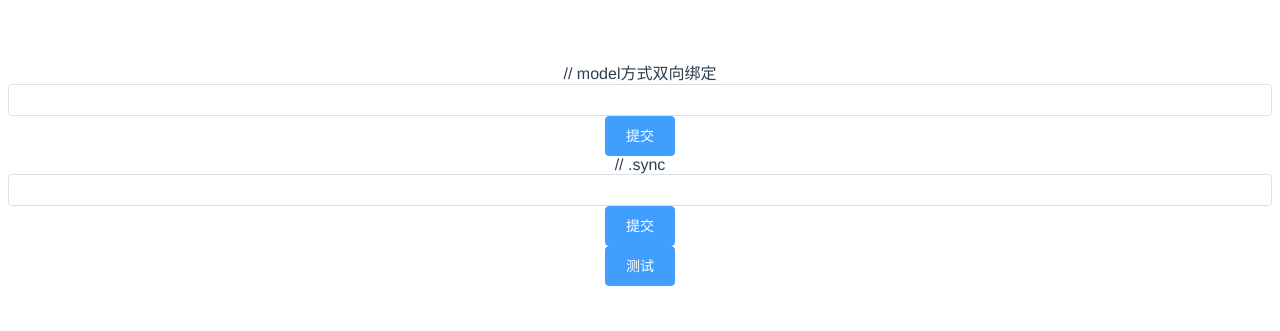
Repository: liuzhilin-lzl/vue-project
Page: /
The author's editor kept a copy of each file at every save. The page is drawn from the files as they stood at one save, then again after the next save.
The browser window is 1280 px wide. The pictures show the whole page.
The project was rebuilt for these pictures with package versions that can differ from the ones it lists, and the page was loaded fresh each time.

Above is the page before, as saved 2021-11-20 21:42:22.

### src/main.js
/*
 * @Author: your name
 * @Date: 2021-10-17 12:42:10
 * @LastEditTime: 2021-11-08 17:29:31
 * @LastEditors: Please set LastEditors
 * @Description: In User Settings Edit
 * @FilePath: /vue-project/src/main.js
 */
import Vue from 'vue'
import App from './App.vue'
// import Antd from 'ant-design-vue';
import ElementUI from 'element-ui';
import 'element-ui/lib/theme-chalk/index.css';
// import 'ant-design-vue/dist/antd.css';
import "tailwindcss/tailwind.css"


Vue.config.productionTip = false;

// Vue.use(Antd);
Vue.use(ElementUI);

Vue.config.productionTip = false

new Vue({
	render: h => h(App),
}).$mount('#app')

### src/App.vue
<template>
  <div id="app">
    <Preview/>
  </div>
</template>
<script>
import Preview from '@/view/Preview'


export default {
  name: 'App',
  components: {
    Preview
  }
}
</script>

<style>
#app {
  font-family: Avenir, Helvetica, Arial, sans-serif;
  -webkit-font-smoothing: antialiased;
  -moz-osx-font-smoothing: grayscale;
  text-align: center;
  color: #2c3e50;
  margin-top: 60px;
}
</style>

### src/view/Preview.vue
<!--
 * @Author: your name
 * @Date: 2021-10-28 11:16:55
 * @LastEditTime: 2021-11-20 21:41:53
 * @LastEditors: Please set LastEditors
 * @Description: In User Settings Edit
 * @FilePath: /vue-project/src/view/Preview.vue
-->
<template>
	<div>
		<!-- <h1>通过npm npm i -s area-data</h1> -->
		<!-- <al-cascader v-model="resArr" level="3" data-type="all" size="large" @input="selectArea" />
		<h1>通过 json</h1>
		<Cascader @change="selectArea1" :default-value="defaultArea" />
		<Cascader2 @change="selectArea1" :default-value="defaultArea" />
		<el-button @click="dialogVisible = true">测试</el-button>
		<el-dialog title="提示" :visible.sync="dialogVisible" width="30%">
			<TinymceModal class="component"></TinymceModal>
		</el-dialog> -->
		<!-- <TinymceModal class="component"></TinymceModal> -->
		<!-- <CheckBoxModal v-model="checkValue"></CheckBoxModal> -->
		// model方式双向绑定
		<inputModal :changeValue.sync='text' ></inputModal>
		// .sync
		<inputModal :changeValue.sync='text' ></inputModal>
		<el-button type="primary" @click="onClick">测试</el-button>
	</div>
</template>
<script>
// import AlCascader from '../components/Cascader.vue';
// import Cascader from '@/components/cascader/Cascader.vue';
// import Cascader2 from '@/components/cascader/ant-design-vue';
// import TinymceModal from '@/components/tinymceModal/TinymceModal';
// import CheckBoxModal from '@/components/selectModal/checkBoxModal';
import inputModal from '@/components/selectModal/InputModal';

export default {
	name: 'App',
	components: {
		// AlCascader,
		// Cascader,
		// Cascader2,
		// TinymceModal,
		// CheckBoxModal,
		inputModal
	},
	data() {
		return {
			resArr: [],
			defaultArea: '',
			dialogVisible: false,
			checkValue: '',
			text: ''
		};
	},
	methods: {
		selectArea() {
			console.log(this.resArr);
		},
		selectArea1(selectedArea) {
			console.log(selectedArea);
		},
		onClick() {
			console.log(this.text);
		}
	},
};
</script>

<style>
#app {
	text-align: center;
	font-size: 16px;
}
</style>

### src/components/selectModal/InputModal.vue
<!--
 * @Author: your name
 * @Date: 2021-11-20 20:09:35
 * @LastEditTime: 2021-11-20 21:39:52
 * @LastEditors: Please set LastEditors
 * @Description: 打开koroFileHeader查看配置 进行设置: https://github.com/OBKoro1/koro1FileHeader/wiki/%E9%85%8D%E7%BD%AE
 * @FilePath: /vue-project/src/components/selectModal/InputModal.vue
-->

<template>
  <div>
    <el-input size="small" v-model="value" ></el-input>
    <el-button type="primary" @click=updateVal>提交</el-button>
  </div>
</template>
<script>
export default {
  // model: {
  //   prop: 'defaultValue',
  //   event: 'changeValue'
  // },
  props: {
    defaultValue: {
      type: String,
      default: ''
    }
  },
  data() {
    return {
      value: ''
    };
  },
  methods: {
    updateVal(){
      this.$emit('update:changeValue',this.value)
    }
  }
};
</script>

Loaded but not shown: public/index.html (common file)

After the next save:
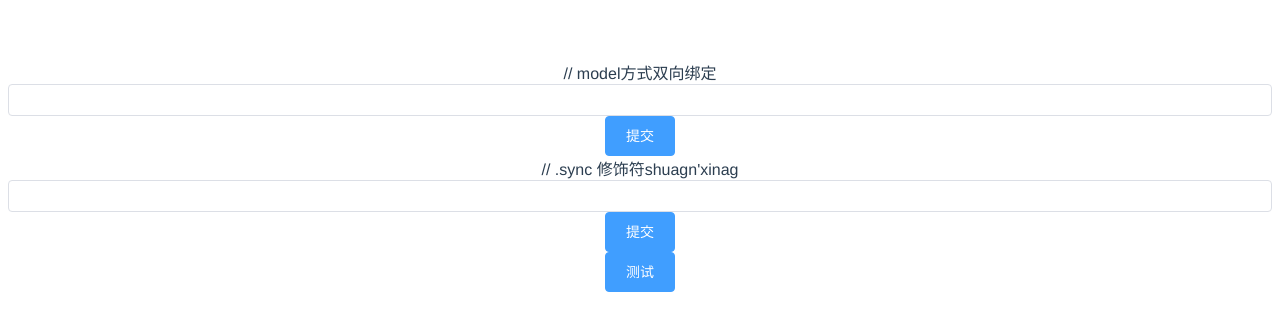
Saved 6 s later.
--- a/src/view/Preview.vue
+++ b/src/view/Preview.vue
@@ -21,7 +21,7 @@
 		<!-- <CheckBoxModal v-model="checkValue"></CheckBoxModal> -->
 		// model方式双向绑定
 		<inputModal :changeValue.sync='text' ></inputModal>
-		// .sync
+		// .sync 修饰符shuagn'xinag
 		<inputModal :changeValue.sync='text' ></inputModal>
 		<el-button type="primary" @click="onClick">测试</el-button>
 	</div>
